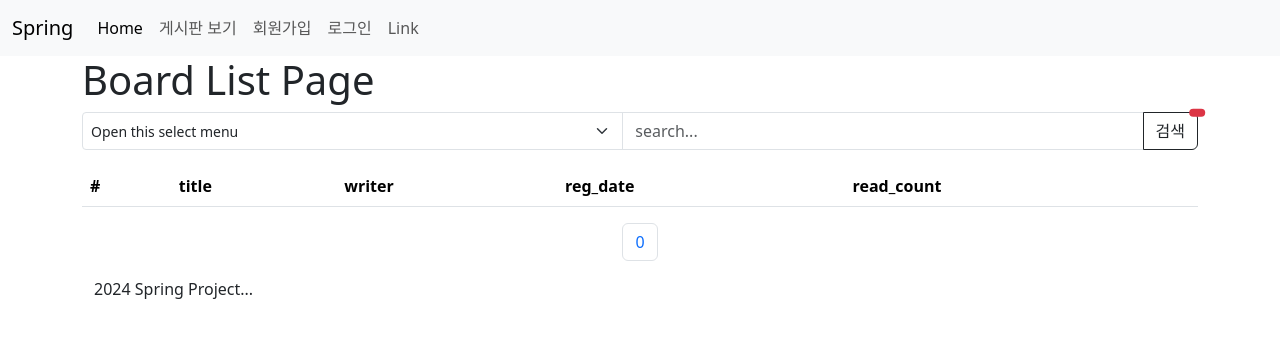
Repository: oco0217/springTest240430
Page: http://localhost/spring_study/WEB-INF/views/board/list.jsp
These files come from the project's save history. The page is drawn as it stood at one moment and after the next save; the edit follows.
The browser window is 1280 px wide. The pictures show the whole page.
The page is served by Tomcat 9. Nobody is signed in. The template is opened directly, without the code that normally fills it, so the values that code supplies are empty.

Above is the page before, as saved 2024-04-30 02:03:21.

### spring_study/src/main/webapp/WEB-INF/views/board/list.jsp
<%@ page language="java" contentType="text/html; charset=UTF-8"
	pageEncoding="UTF-8"%>
<%@ taglib uri="http://java.sun.com/jsp/jstl/core" prefix="c"%>

<jsp:include page="../layout/header.jsp" />

<div class="container-md">

	<h1>Board List Page</h1>

	<!-- 검색라인 -->
	<form class="d-flex" action="/board/list" method="get">
		<div class="input-group mb-3">
			<select name="type" class="form-select form-select-sm"
				aria-label="Small select example">
				<option ${ph.pgvo.type == null ? 'selected' : '' } selected >Open this select menu</option>
				<option ${ph.pgvo.type eq 't' ? 'selected' : '' } value="t">게시글</option>
				<option ${ph.pgvo.type eq 'w' ? 'selected' : '' } value="w">작성자</option>
				<option ${ph.pgvo.type eq 'c' ? 'selected' : '' } value="c">내용</option>
				<option ${ph.pgvo.type eq 'tc' ? 'selected' : '' } value="tc">제목+내용</option>
				<option ${ph.pgvo.type eq 'wc' ? 'selected' : '' } value="wc">작성자+내용</option>
				<option ${ph.pgvo.type eq 'tw' ? 'selected' : '' } value="tw">제목+작성자</option>
				<option ${ph.pgvo.type eq 'twc' ? 'selected' : '' } value="twc">전체</option>
			</select>
			<input name="keyword" type="text" class="form-control"aria-label="Text input with dropdown button" placeholder="search..." value="${ph.pgvo.keyword}">
				<input type="hidden" name="pageNo" value="1" >
				<input type="hidden" name="qty" value="10">
			<button type="submit" class="btn btn-outline-dark position-relative">
				검색 <span
					class="position-absolute top-0 start-100 translate-middle badge rounded-pill bg-danger">
					${ph.totalCount } <span class="visually-hidden">unread messages</span>
				</span>
			</button>
		</div>
	</form>


	<table class="table table-hover">
		<thead>
			<tr>
				<th>#</th>
				<th>title</th>
				<th>writer</th>
				<th>reg_date</th>
				<th>read_count</th>
			</tr>
		</thead>

		<tbody>
			<c:forEach items="${list }" var="li">
				<tr>
					<td>${li.bno }</td>
					<td><a href="/board/detail?bno=${li.bno }">${li.title }</a></td>
					<td>${li.writer }</td>
					<td>${li.reg_date }</td>
					<td>${li.read_count }</td>
				</tr>
			</c:forEach>
		</tbody>
	</table>


	<!-- 페이지네이션 -->

	<nav aria-label="Page navigation example">
		<ul class="pagination justify-content-center">

		<c:if test="${ph.prev }">
			<li class="page-item"><a class="page-link" href="/board/list?pageNo=${ph.startPage-1 }&qty=${ph.pgvo.qty}&type=${ph.pgvo.type}&keyword=${ph.pgvo.keyword}"
				aria-label="Previous"> <span aria-hidden="true">&laquo;</span></a></li>
		</c:if>


				<c:forEach begin="${ph.startPage }" end="${ph.endPage }" var="i">
			<li class="page-item"><a class="page-link" href="/board/list?pageNo=${i }&qty=${ph.pgvo.qty}&type=${ph.pgvo.type}&keyword=${ph.pgvo.keyword}"> ${i } </a></li>
				</c:forEach>

				<c:if test="${ph.next }">
			<li class="page-item"><a class="page-link" href="/board/list?pageNo=${ph.endPage+1 }&qty=${ph.pgvo.qty}&type=${ph.pgvo.type}&keyword=${ph.pgvo.keyword}"
				aria-label="Next"> <span aria-hidden="true">&raquo;</span>
			</a></li>
				</c:if>
		</ul>
	</nav>


	<jsp:include page="../layout/footer.jsp" />
</div>

### spring_study/src/main/webapp/WEB-INF/views/layout/header.jsp
<%@ page language="java" contentType="text/html; charset=UTF-8"
    pageEncoding="UTF-8"%>
    <%@ taglib uri="http://java.sun.com/jsp/jstl/core" prefix="c" %>
<!DOCTYPE html>
<html>
<head>
<meta charset="UTF-8">
<title>header.jsp</title>
<link href="https://cdn.jsdelivr.net/npm/bootstrap@5.3.3/dist/css/bootstrap.min.css" rel="stylesheet" integrity="sha384-QWTKZyjpPEjISv5WaRU9OFeRpok6YctnYmDr5pNlyT2bRjXh0JMhjY6hW+ALEwIH" crossorigin="anonymous">
<script src="https://cdn.jsdelivr.net/npm/bootstrap@5.3.3/dist/js/bootstrap.bundle.min.js" integrity="sha384-YvpcrYf0tY3lHB60NNkmXc5s9fDVZLESaAA55NDzOxhy9GkcIdslK1eN7N6jIeHz" crossorigin="anonymous"></script>
</head>
<body>
<nav class="navbar navbar-expand-lg bg-body-tertiary">
  <div class="container-fluid">
    <a class="navbar-brand" href="#">Spring</a>
    <button class="navbar-toggler" type="button" data-bs-toggle="collapse" data-bs-target="#navbarSupportedContent" aria-controls="navbarSupportedContent" aria-expanded="false" aria-label="Toggle navigation">
      <span class="navbar-toggler-icon"></span>
    </button>
    <div class="collapse navbar-collapse" id="navbarSupportedContent">
      <ul class="navbar-nav me-auto mb-2 mb-lg-0">
        <li class="nav-item">
          <a class="nav-link active" aria-current="page" href="/">Home</a>
        </li>
        <c:if test="${ses ne null }">
        <li class="nav-item">
          <a class="nav-link" href="/board/register">게시판 글쓰기</a>
        </li>
        </c:if>
        <li class="nav-item">
          <a class="nav-link" href="/board/list">게시판 보기</a>
        </li>
        <c:if test="${ses eq null }">
        <li class="nav-item">
          <a class="nav-link" href="/member/register">회원가입</a>
        </li>
        <li class="nav-item">
          <a class="nav-link" href="/member/login">로그인</a>
        </li>
        </c:if>
        <c:if test="${ses ne null }">
        <li class="nav-item">
          <a class="nav-link" href="/member/logout">로그아웃</a>
        </li>
        <li class="nav-item">
          <a class="nav-link" href="/member/modify">${ses.id }(${ses.email }) Welcome!!</a>
        </li>
        </c:if>
        <li class="nav-item">
          <a class="nav-link" href="http://www.google.com" target="_blank" >Link</a>
        </li>
      </ul>
    </div>
  </div>
</nav>

### spring_study/src/main/webapp/WEB-INF/views/layout/footer.jsp
<%@ page language="java" contentType="text/html; charset=UTF-8"
    pageEncoding="UTF-8"%>

<div class="container-md">
2024 Spring Project...
</div>

</body>
</html>

After the next save:
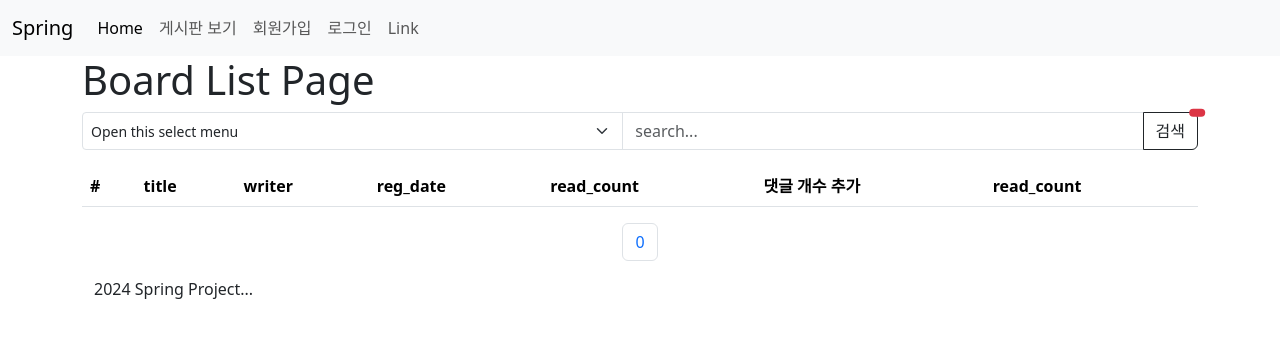
Saved 4 min 27 s later.
--- a/spring_study/src/main/webapp/WEB-INF/views/board/list.jsp
+++ b/spring_study/src/main/webapp/WEB-INF/views/board/list.jsp
@@ -43,6 +43,8 @@
 				<th>writer</th>
 				<th>reg_date</th>
 				<th>read_count</th>
+				<th>댓글 개수 추가</th>
+				<th>read_count</th>
 			</tr>
 		</thead>
 
